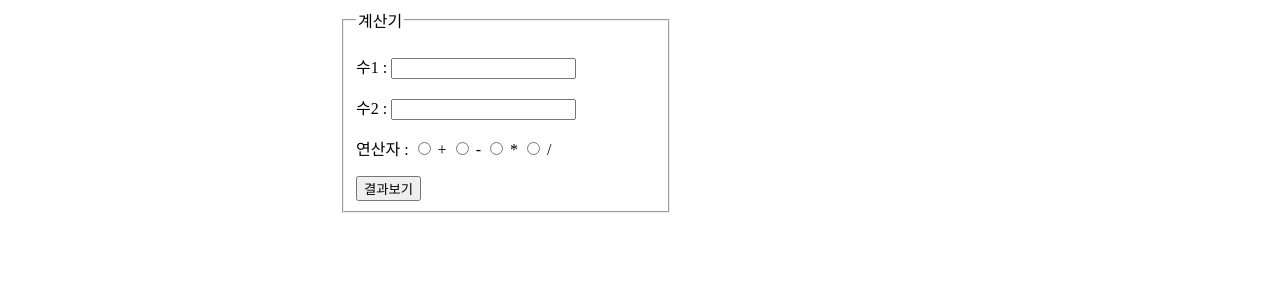
Repository: Kebiskim/2023_jspStudy
Page: 01_servlet/src/main/webapp/view/Ex07.html
The author's editor kept a copy of each file at every save. The page is drawn from the files as they stood at one save, then again after a run of saves.
The browser window is 1280 px wide. The pictures show the whole page.

Above is the page before, as saved 2023-06-30 04:19:13.

After the next 2 saves:
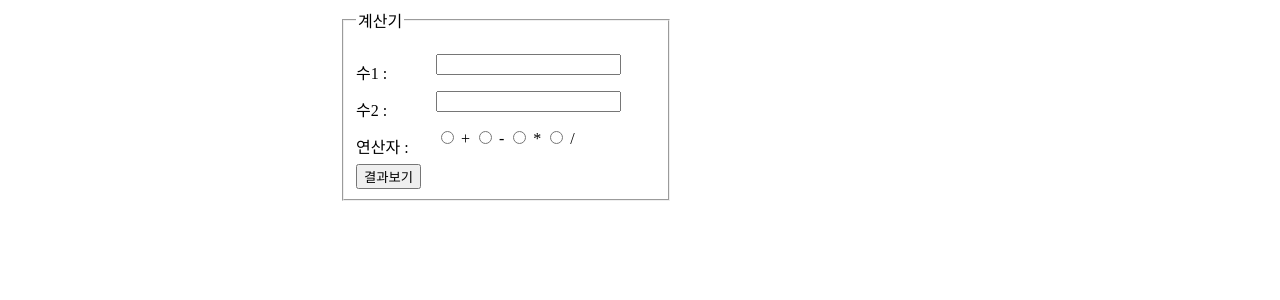
The 2 saves are shown as one change because they came seconds apart.
The last was saved 8 s later.
--- a/01_servlet/src/main/webapp/view/Ex07.html
+++ b/01_servlet/src/main/webapp/view/Ex07.html
@@ -15,8 +15,9 @@
 	label{
 		width: 80px;
 		height: 30px;
+		float: left;
+		line-height: 40px;
 	}
-
 </style>
 </head>
 <body>
